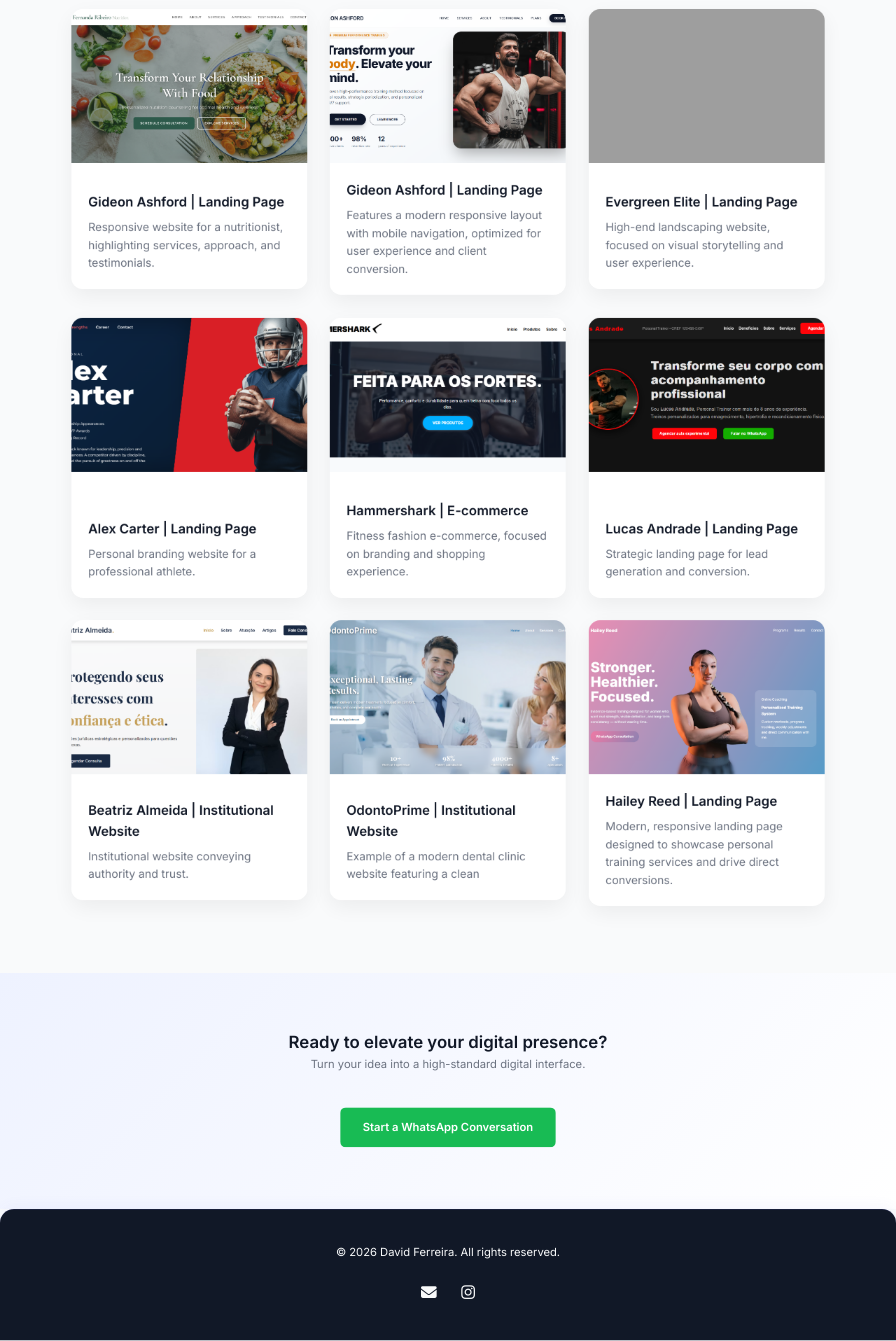
Repository: davidfsillva/portifolio
Page: index.html
An editor plug-in stored every save of this project. The page is shown before and after the next save, followed by the edit.
The browser window is 1280 px wide. The pictures show the part of the page from y = 1470 to 3390 px (the page is 3385 px tall before and 3390 px after), at 70% of full size.
Pictures or frames that could not be fetched are drawn as grey boxes.

Above is the page before, as saved 2026-02-19 16:46:06.
Console error: TypeError: Cannot read properties of null (reading 'addEventListener')

### index.html
<!DOCTYPE html>
<html lang="en">
<head>
    <meta charset="UTF-8">
    <meta name="viewport" content="width=device-width, initial-scale=1.0">

    <title>David Ferreira | Front-end Developer & Premium UI Designer</title>

    <!-- Primary SEO -->
    <meta name="description" content="David Ferreira is a front-end developer specialized in premium interfaces, high-conversion landing pages, and modern digital experiences.">
    <meta name="keywords" content="Front-end Developer, Web Designer, UI Designer, Landing Page, Web Development, Freelancer Brazil">
    <meta name="author" content="David Ferreira">
    <meta name="robots" content="index, follow">
    <link rel="canonical" href="https://davidfsillva.github.io/portifolio/">

    <!-- Open Graph (Facebook, LinkedIn) -->
    <meta property="og:title" content="David Ferreira | Premium Front-end Developer">
    <meta property="og:description" content="High-standard digital interfaces focused on performance and conversion.">
    <meta property="og:image" content="https://yourdomain.com/preview.jpg">
    <meta property="og:url" content="https://davidfsillva.github.io/portifolio/">
    <meta property="og:type" content="website">

    <!-- Twitter Card -->
    <meta name="twitter:card" content="summary_large_image">
    <meta name="twitter:title" content="David Ferreira | Web Developer">
    <meta name="twitter:description" content="Premium web development focused on performance and modern design.">
    <meta name="twitter:image" content="https://yourdomain.com/preview.jpg">

    <!-- Favicon -->
    <link rel="icon" href="img/icon.png" type="image/x-icon">

    <!-- Fonts -->
    <link href="https://fonts.googleapis.com/css2?family=Inter:wght@300;400;600&family=Plus+Jakarta+Sans:wght@700;800&display=swap" rel="stylesheet">

    <!-- Font Awesome -->
    <link rel="stylesheet" href="https://cdnjs.cloudflare.com/ajax/libs/font-awesome/6.5.0/css/all.min.css" integrity="sha512-..." crossorigin="anonymous" referrerpolicy="no-referrer" />

    <link rel="stylesheet" href="style.css">
</head>

<body>

    <!-- NAVBAR -->
    <nav class="navbar">
        <div class="logo"><a href="#">David | Web Developer<span>.</span></a></div>

        <ul class="nav-links">
            <li><a href="#about">About</a></li>
            <li><a href="#portfolio">Projects</a></li>
            <li><a href="#contact" class="btn-sm">Contact</a></li>
        </ul>
    </nav>

    <!-- HERO -->
    <section class="hero">
        <div class="hero-content">
            <h1>Creating high-level digital <span> with code experiences</span></h1>
            <p>Front-end developer specialized in high-standard interfaces and landing pages focused on results.</p>
            <div class="hero-btns">
                <a href="#portfolio" class="btn-primary">See Projects</a>
                <a href="#contact" class="btn-secondary">Let's Talk</a>
            </div>
        </div>
        <div class="hero-visual">
            <div class="hero-glow"></div>
        </div>
    </section>

    <!-- ABOUT -->
    <section id="about" class="section">
        <h2>About Me</h2>
        <p>I'm David Ferreira, a Front-end developer focused on creating modern, functional websites with premium interfaces. I work with HTML, CSS, JavaScript, and React, prioritizing performance, design, and user experience.</p>
        <p>My goal is to help businesses and professionals stand out digitally through websites that convey trust and deliver real results.</p>
    </section>

    <!-- PORTFOLIO -->
    <section id="portfolio" class="portfolio">
        <div class="section-header">
            <h2>Projects</h2>
            <p>A showcase of websites focused on performance and design.</p>
        </div>
        <div class="portfolio-grid">

                                    <!--Project 9-->
            <a href="https://davidfsillva.github.io/Fernanda-Ribeiro/" target="_blank" class="project-link">
                <div class="project-card">
                    <div class="card-image">
                        <img src="img/nutri.png" alt="Gideon Ashford">
                        <div class="card-overlay"><span>View Details</span></div>
                    </div>
                    <div class="card-info">
                        <h3>Gideon Ashford | Landing Page</h3>
                        <p>Responsive website for a nutritionist, highlighting services, approach, and testimonials.</p>
                    </div>
                </div>
            </a>

                                    <!--Project 8-->
            <a href="https://davidfsillva.github.io/Gideon-Ashford/" target="_blank" class="project-link">
                <div class="project-card">
                    <div class="card-image">
                        <img src="img/gideon.png" alt="Gideon Ashford">
                        <div class="card-overlay"><span>View Details</span></div>
                    </div>
                    <div class="card-info">
                        <h3>Gideon Ashford | Landing Page</h3>
                        <p>Features a modern responsive layout with mobile navigation, optimized for user experience and client conversion.</p>
                    </div>
                </div>
            </a>

            <!-- Project 6 -->
            <a href="https://davidfsillva.github.io/Evergreen-Elite-Landscaping/" target="_blank" class="project-link">
                <div class="project-card">
                    <div class="card-image">
                        <img src="img/lndg.png" alt="Alex Carter Project">
                        <div class="card-overlay"><span>View Details</span></div>
                    </div>
                    <div class="card-info">
                        <h3>Evergreen Elite | Landing Page</h3>
                        <p>High-end landscaping website, focused on visual storytelling and user experience.</p>
                    </div>
                </div>
            </a>

            <!-- Project 1 -->
            <a href="https://davidfsillva.github.io/Alex-Carter/" target="_blank" class="project-link">
                <div class="project-card">
                    <div class="card-image">
                        <img src="img/alex.png" alt="Alex Carter Project">
                        <div class="card-overlay"><span>View Details</span></div>
                    </div>
                    <div class="card-info">
                        <h3>Alex Carter | Landing Page</h3>
                        <p>Personal branding website for a professional athlete.</p>
                    </div>
                </div>
            </a>

            <!-- Project 2 -->
            <a href="https://davidfsillva.github.io/e-hammershark/" target="_blank" class="project-link">
                <div class="project-card">
                    <div class="card-image">
                        <img src="img/ecomerce.png" alt="Hammershark Project">
                        <div class="card-overlay"><span>View Details</span></div>
                    </div>
                    <div class="card-info">
                        <h3>Hammershark | E-commerce</h3>
                        <p>Fitness fashion e-commerce, focused on branding and shopping experience.</p>
                    </div>
                </div>
            </a>

            <!-- Project 3 -->
            <a href="https://davidfsillva.github.io/landing-page/" target="_blank" class="project-link">
                <div class="project-card">
                    <div class="card-image">
                        <img src="img/landingpage.png" alt="Landing Page Project">
                        <div class="card-overlay"><span>View Details</span></div>
                    </div>
                    <div class="card-info">
                        <h3>Lucas Andrade | Landing Page</h3>
                        <p>Strategic landing page for lead generation and conversion.</p>
                    </div>
                </div>
            </a>

            <!-- Project 4 -->
            <a href="https://davidfsillva.github.io/beatriz-almeida-adv/" target="_blank" class="project-link">
                <div class="project-card">
                    <div class="card-image">
                        <img src="img/adv.png" alt="Beatriz Almeida Law Firm Project">
                        <div class="card-overlay"><span>View Details</span></div>
                    </div>
                    <div class="card-info">
                        <h3>Beatriz Almeida | Institutional Website</h3>
                        <p>Institutional website conveying authority and trust.</p>
                    </div>
                </div>
            </a>

                        <!-- Project 7 -->
            <a href="https://davidfsillva.github.io/OdontoPrime/" target="_blank" class="project-link">
                <div class="project-card">
                    <div class="card-image">
                        <img src="img/odonto.png" alt="Beatriz Almeida Law Firm Project">
                        <div class="card-overlay"><span>View Details</span></div>
                    </div>
                    <div class="card-info">
                        <h3>OdontoPrime | Institutional Website</h3>
                        <p>Example of a modern dental clinic website featuring a clean</p>
                    </div>
                </div>
            </a>

            <!-- Project 5 -->
            <a href="https://davidfsillva.github.io/Hailey-Reed-Coaching/" target="_blank" class="project-link">
                <div class="project-card">
                    <div class="card-image">
                        <img src="img/Hailey.png" alt="Beatriz Almeida Law Firm Project">
                        <div class="card-overlay"><span>View Details</span></div>
                    </div>
                    <div class="card-info">
                        <h3>Hailey Reed | Landing Page </h3>
                        <p>Modern, responsive landing page designed to showcase personal training services and drive direct conversions.</p>
                    </div>
                </div>
            </a>
        </div>
    </section>

    <!-- CTA / CONTACT -->
    <section id="contact" class="cta-section">
        <h2>Ready to elevate your digital presence?</h2>
        <p>Turn your idea into a high-standard digital interface.</p>
        <a href="https://wa.me/5511990242453" target="_blank" class="btn-whatsapp">Start a WhatsApp Conversation</a>
    </section>

    <!-- FOOTER -->
    <footer>
        <div class="footer-content">
            <p>&copy; 2026 David Ferreira. All rights reserved.</p>
            <div class="social-links">
                <a href="mailto:davidfsillva@icloud.com" target="_blank" rel="noopener noreferrer"><i class="fa-solid fa-envelope"></i></a>
                <a href="https://www.instagram.com/david_websites?igsh=MWdmZWJ3MW80N3JsNQ==" target="_blank" rel="noopener noreferrer"><i class="fa-brands fa-instagram"></i></a>
            </div>
        </div>
    </footer>

    <script src="scripts.js"></script>
</body>
</html>

### style.css
:root {
  --primary: #6366f1;
  --primary-light: #818cf8;
  --accent: #a855f7;
  --text-dark: #111827;
  --text-light: #6b7280;
  --bg-light: #f9fafb;
  --white: #ffffff;
  --transition: all 0.3s ease;
}

/* RESET */
* {
  margin: 0;
  padding: 0;
  box-sizing: border-box;
}

html {
  scroll-behavior: smooth;   /* já tinha */
  scroll-padding-top: 70px; /* ajuste esse valor para altura da navbar */
}


body {
  font-family: 'Inter', sans-serif;
  background: var(--bg-light);
  color: var(--text-dark);
  line-height: 1.6;
  animation: fadePage 0.8s ease-in-out;
}

@keyframes fadePage {
  from { opacity: 0; transform: translateY(10px); }
  to { opacity: 1; transform: translateY(0); }
}

/* NAVBAR */
.navbar {
  position: fixed;
  width: 100%;
  top: 0;
  padding: 1.5rem 8%;
  display: flex;
  justify-content: space-between;
  align-items: center;
  background: rgba(255,255,255,0.85);
  backdrop-filter: blur(12px);
  box-shadow: 0 4px 20px rgba(0,0,0,0.05);
  z-index: 1000;
  transition: var(--transition);
}

.logo {
  font-family: 'Plus Jakarta Sans', sans-serif;
  font-weight: 800;
  font-size: 1.4rem;
}

.logo a {
  text-decoration: none;   /* remove o sublinhado */
  color: var(--text-dark); /* cor principal da logo */
  font-weight: 800;
  font-size: 1.5rem;
}

.logo a span {
  color: var(--primary);   /* deixa apenas o ponto colorido */
}


.logo span {
  color: var(--primary);
}

.nav-links {
  display: flex;
  list-style: none;
  gap: 2rem;
}

.nav-links a {
  text-decoration: none;
  color: var(--text-light);
  font-weight: 500;
  transition: var(--transition);
}

.nav-links a:hover {
  color: var(--primary);
  transform: translateY(-2px);
}

/* HERO */
.hero {
  min-height: 100vh;
  padding: 120px 8% 80px; /* aumentei de 60px para 80px */
  display: flex;
  align-items: center;
  justify-content: space-between;
  background: linear-gradient(135deg, #eef2ff, #ffffff);
  flex-wrap: wrap;
}

.hero-content {
  max-width: 600px;
  animation: heroFade 1s ease 0.2s both;
}

@keyframes heroFade {
  from { opacity: 0; transform: translateY(40px); }
  to { opacity: 1; transform: translateY(0); }
}

.badge {
  display: inline-block;
  padding: 0.5rem 1rem;
  background: rgba(99,102,241,0.1);
  color: var(--primary);
  border-radius: 20px;
  font-size: 0.8rem;
  font-weight: 600;
  margin-bottom: 1.5rem;
}

.hero h1 {
  font-family: 'Plus Jakarta Sans', sans-serif;
  font-size: clamp(2rem, 5vw, 3.5rem);
  line-height: 1.2;
  margin-bottom: 1.5rem;
}

.hero h1 span {
  background: linear-gradient(90deg, var(--primary), var(--accent));
  -webkit-background-clip: text;
  -webkit-text-fill-color: transparent;
}

.hero p {
  font-size: 1.1rem;
  color: var(--text-light);
  margin-bottom: 2rem;
}

/* BUTTONS */
.btn-primary,
.btn-secondary,
.btn-whatsapp {
  display: inline-block;
  padding: 0.9rem 2rem;
  border-radius: 8px;
  text-decoration: none;
  font-weight: 600;
  transition: all 0.3s ease;
  position: relative;
  overflow: hidden;
}

.btn-primary {
  background: linear-gradient(90deg, var(--primary), var(--accent));
  color: white;
  box-shadow: 0 10px 25px rgba(99,102,241,0.3);
}

.btn-primary:hover {
  transform: translateY(-4px) scale(1.03);
}

.btn-primary:active {
  transform: scale(0.96);
}

.btn-primary::after {
  content: "";
  position: absolute;
  width: 200%;
  height: 200%;
  background: radial-gradient(circle, rgba(255,255,255,0.4), transparent 60%);
  top: -50%;
  left: -50%;
  opacity: 0;
  transition: opacity 0.4s ease;
}

.btn-primary:hover::after {
  opacity: 1;
}

.btn-secondary {
  border: 1px solid #e5e7eb;
  color: var(--text-dark);
  margin-left: 1rem;
  box-shadow: 0 5px 25px rgba(99,102,241,0.3);

}

.btn-secondary:hover {
  background: #f3f4f6;
  transform: translateY(-4px);
}

.btn-secondary:active {
  transform: scale(0.96);
}

.btn-whatsapp {
  background: linear-gradient(90deg, #25d366, #1ebe57);
  color: white;
  padding: 1rem 2rem;
  border-radius: 8px;
  font-weight: 600;
  transition: var(--transition);
}

.btn-whatsapp:hover {
  transform: translateY(-3px) scale(1.03);
  box-shadow: 0 8px 20px rgba(37,211,102,0.4);
}

.btn-whatsapp:active {
  transform: scale(0.96);
}

.hero-btns {
  display: flex;
  flex-wrap: wrap;
}

#about {
  text-align: center;
  max-width: 1200px;
  margin: 4rem auto 0; /* adiciona mais distância do Hero */
  padding: 6rem 8%;
  background: linear-gradient(135deg, #eef2ff 0%, #ffffff 100%);
  border-radius: 20px;
  box-shadow: 0 15px 40px rgba(99,102,241,0.15);
  position: relative;
  overflow: hidden;
}

#about::before {
  content: "";
  position: absolute;
  width: 200px;
  height: 200px;
  background: radial-gradient(circle, rgba(163,155,253,0.2), transparent 70%);
  top: -50px;
  right: -50px;
  border-radius: 50%;
  z-index: 0;
  animation: pulseGlow 6s infinite ease-in-out;
}

#about h2 {
  font-family: 'Plus Jakarta Sans', sans-serif;
  font-size: clamp(2rem, 4vw, 2.5rem);
  margin-bottom: 2rem;
  position: relative;
  z-index: 1;
  background: linear-gradient(90deg, var(--primary), var(--accent));
  -webkit-background-clip: text;
  -webkit-text-fill-color: transparent;
}

#about p {
  font-size: 1.05rem;
  line-height: 1.9;
  color: var(--text-dark);
  margin-bottom: 1.8rem;
  position: relative;
  z-index: 1;
  opacity: 0;
  transform: translateY(20px);
  animation: fadeUp 1s forwards;
  animation-delay: 0.3s;
}

/* Animação suave */
@keyframes fadeUp {
  to {
    opacity: 1;
    transform: translateY(0);
  }
}



/* HERO VISUAL */
.hero-visual {
  flex: 1;
  min-height: 400px;
  display: flex;
  justify-content: center;
  align-items: center;
}

.hero-glow {
  width: 380px;
  height: 380px;
  background: url('img/dashboard.png') no-repeat center center;
  background-size: contain;
  animation: float-rotate 8s ease-in-out infinite;
}

@keyframes float-rotate {
  0%   { transform: translateY(0px) rotate(0deg); }
  50%  { transform: translateY(-10px) rotate(3deg); }
  100% { transform: translateY(0px) rotate(0deg); }
}

/* PORTFOLIO */
.portfolio {
  padding: 6rem 8%;
}

.section-header {
  text-align: center;
  margin-bottom: 4rem;
}

.section-header h2 {
  font-family: 'Plus Jakarta Sans', sans-serif;
  font-size: 2.2rem;
  margin-bottom: 1rem;
  color: var(--primary)
}

.section-header p {
  color: var(--text-light);
}

.portfolio-grid {
  display: grid;
  grid-template-columns: repeat(auto-fit, minmax(280px, 1fr));
  gap: 2rem;
}

.project-card {
  display: flex;
  flex-direction: column;
  justify-content: space-between; /* força a separação entre imagem e texto */
  background: var(--white);
  border-radius: 16px;
  overflow: hidden;
  box-shadow: 0 10px 30px rgba(0,0,0,0.06);
  cursor: pointer;
  transition: transform 0.4s ease, box-shadow 0.4s ease;
  will-change: transform;

  min-height: 400px; /* define altura mínima igual para todos */
}


.project-card:hover {
  transform: translateY(-12px) scale(1.03);
  box-shadow: 0 25px 50px rgba(99,102,241,0.2);
}

.card-image {
  position: relative;
  overflow: hidden;
}

.card-image img {
  width: 100%;
  height: 220px;
  object-fit: cover;
  display: block;
  transition: transform 0.6s ease;
}

.project-card:hover .card-image img {
  transform: scale(1.08);
}

.card-overlay {
  position: absolute;
  inset: 0;
  background: rgba(99, 101, 241, 0.288);
  display: flex;
  justify-content: center;
  align-items: center;
  color: white;
  font-weight: 600;
  opacity: 0;
  transition: opacity 0.4s ease;
}

.project-card:hover .card-overlay {
  opacity: 1;
}

.card-info {
  padding: 1.5rem;
}

.card-info h3 {
  margin-bottom: 0.5rem;
}

.card-info p {
  color: var(--text-light);
}

.project-link {
  text-decoration: none;
  color: inherit;
  display: block;
}


/* CTA */
.cta-section {
  padding: 5rem 8%;
  text-align: center;
  background: linear-gradient(135deg, #eef2ff, #ffffff);
}

/* FOOTER */
footer {
  padding: 3rem 5%;
  background: #111827; /* leve gradiente */
  border-top: 1px solid rgba(99,102,241,0.2); /* linha discreta */
  text-align: center;
  border-radius: 20px 20px 0 0;
  box-shadow: 0 -4px 20px rgba(99,102,241,0.05);
}

.footer-content {
  display: flex;
  flex-direction: column;
  align-items: center;
  gap: 1.5rem; /* aumenta espaço entre elementos */
}

.footer-content p {
  color: var(--bg-light);
  font-weight: 450;
  font-size: 1rem;
}

.social-links {
  display: flex;
  gap: 1rem; /* distância entre ícones */
}

.social-links a {
  color: var(--bg-light);
  padding: 0.6rem;
  border-radius: 30%; /* círculo perfeito */
  font-size: 1.4rem;
  display: flex;
  justify-content: center;
  align-items: center;
  transition: all 0.3s ease;
  text-decoration: none;
}

.social-links a:hover {
  transform: translateY(-3px) scale(1.1);
  color: var(--bg-light);
}


.cta-section p {
  color: var(--text-light);
  margin-bottom: 2.5rem; /* aumenta espaço abaixo do texto */
}

.btn-whatsapp {
  display: inline-block;
  background: #18bb54;
  color: white;
  padding: 1rem 2rem;
  border-radius: 8px;
  text-decoration: none;
  font-weight: 600;
  transition: var(--transition);
  margin-top: 0.5rem; /* pequeno respiro extra */
}


/* MODAL */
.modal-overlay {
  position: fixed;
  inset: 0;
  background: rgba(0,0,0,0.6);
  display: none;
  justify-content: center;
  align-items: center;
  padding: 2rem;
  z-index: 2000;
}

.modal-content {
  background: white;
  width: 100%;
  max-width: 900px;
  border-radius: 20px;
  overflow: hidden;
  animation: modalZoom 0.4s cubic-bezier(.23,1,.32,1);
  position: relative;
}

@keyframes modalZoom {
  from { opacity: 0; transform: scale(0.85) translateY(20px); }
  to { opacity: 1; transform: scale(1) translateY(0); }
}

.modal-body {
  display: grid;
  grid-template-columns: 1fr 1fr;
}

.modal-img {
  min-height: 300px;
  background-size: cover !important;
}

.modal-text {
  padding: 2rem;
}

.close-modal {
  position: absolute;
  top: 20px;
  right: 25px;
  background: none;
  border: none;
  font-size: 2rem;
  cursor: pointer;
  transition: transform 0.3s ease;
}

.close-modal:hover {
  transform: rotate(90deg);
}

/* RESPONSIVO */
/* =====================
   RESPONSIVIDADE
===================== */

/* Para telas até 900px */
@media (max-width: 900px) {
  html, body {
    overflow-x: hidden; /* remove rolagem lateral */
  }

  .hero {
    flex-direction: column;
    text-align: center;
    padding: 100px 5% 60px; /* garante espaçamento interno */
    width: 100%; /* força largura total */
  }

  .hero-left,
  .hero-right,
  .hero-visual {
    width: 100%;
    max-width: 100%;
    margin: 0 auto; /* centraliza horizontalmente */
  }

  .hero-btns {
    display: flex;
    justify-content: center;
    align-items: center;
    gap: 1rem;
    flex-wrap: wrap;
    margin: 0 auto;
  }

  .hero-btns a {
    margin: 0; /* remove margens extras que possam deslocar os botões */
  }

  .portfolio,
  .cta-section {
    padding: 4rem 5%;
    width: 100%;
    max-width: 100%;
    margin: 0 auto;
  }
}

/* Para telas até 600px */
@media (max-width: 600px) {
  html, body {
    overflow-x: hidden; /* garante sem scroll lateral */
  }

  .navbar {
    padding: 1rem 5%;
    width: 100%;
    max-width: 100%;
    margin: 0 auto;
  }

  .nav-links {
    display: none;
  }

  .hero {
    padding: 80px 5% 40px;
    width: 100%;
  }

  .hero-btns {
    justify-content: center;
    gap: 1rem;
    flex-wrap: wrap;
  }

  .portfolio,
  .cta-section {
    padding: 3rem 5%;
  }

  footer {
    padding: 2rem 5%;
    width: 100%;
  }

  .footer-content {
    flex-direction: column;
    text-align: center;
    width: 100%;
  }

  .social-links a {
    margin: 0 0.5rem;
  }

  /* imagens e vídeos dentro do hero */
  .hero img,
  .hero video {
    max-width: 100%;
    height: auto;
    display: block;
    margin: 0 auto;
  }
}

Loaded but not shown: scripts.js (103 lines, source omitted)

After the next save:
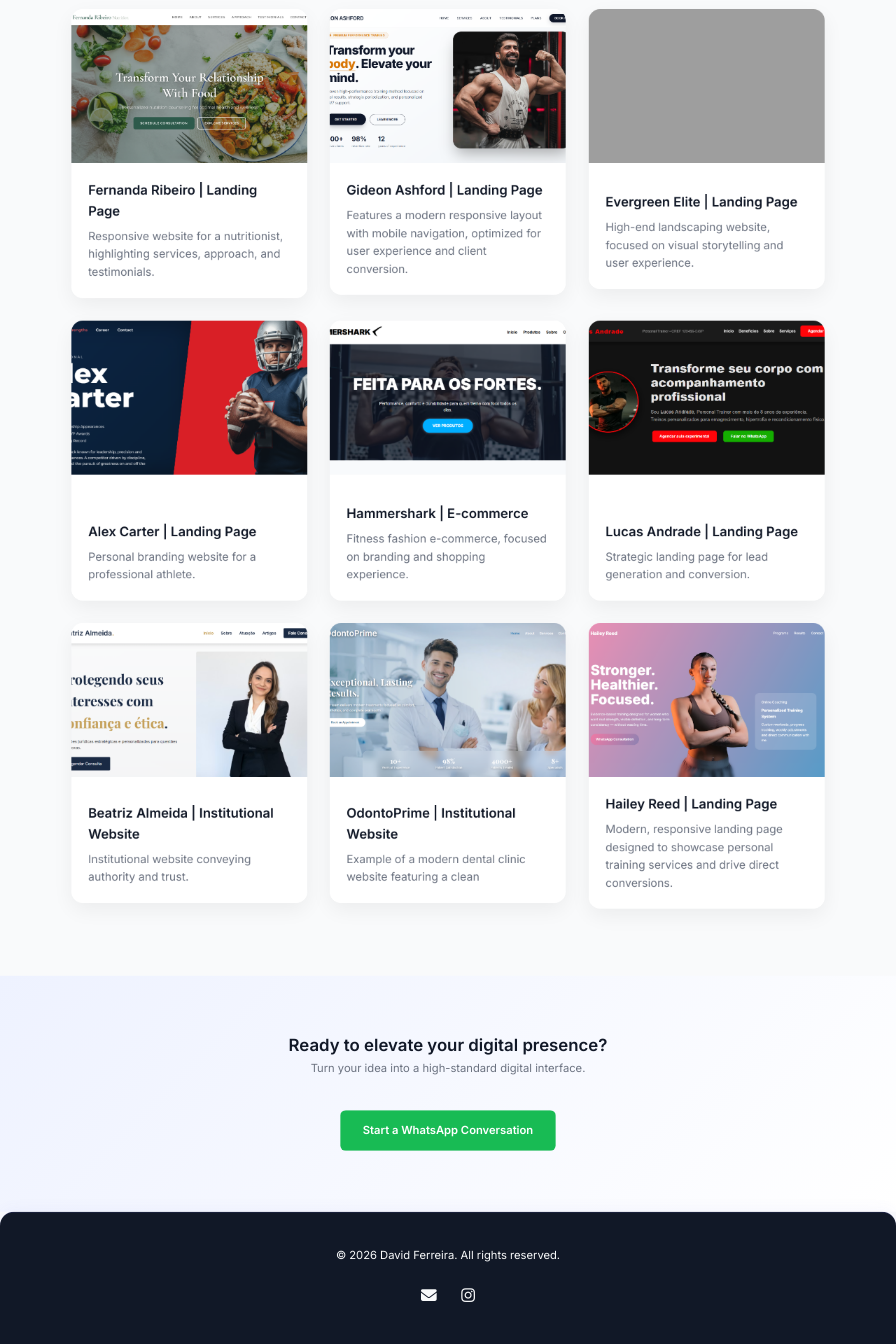
Saved 13 s later.
--- a/index.html
+++ b/index.html
@@ -89,7 +89,7 @@
                         <div class="card-overlay"><span>View Details</span></div>
                     </div>
                     <div class="card-info">
-                        <h3>Gideon Ashford | Landing Page</h3>
+                        <h3>Fernanda Ribeiro | Landing Page</h3>
                         <p>Responsive website for a nutritionist, highlighting services, approach, and testimonials.</p>
                     </div>
                 </div>
